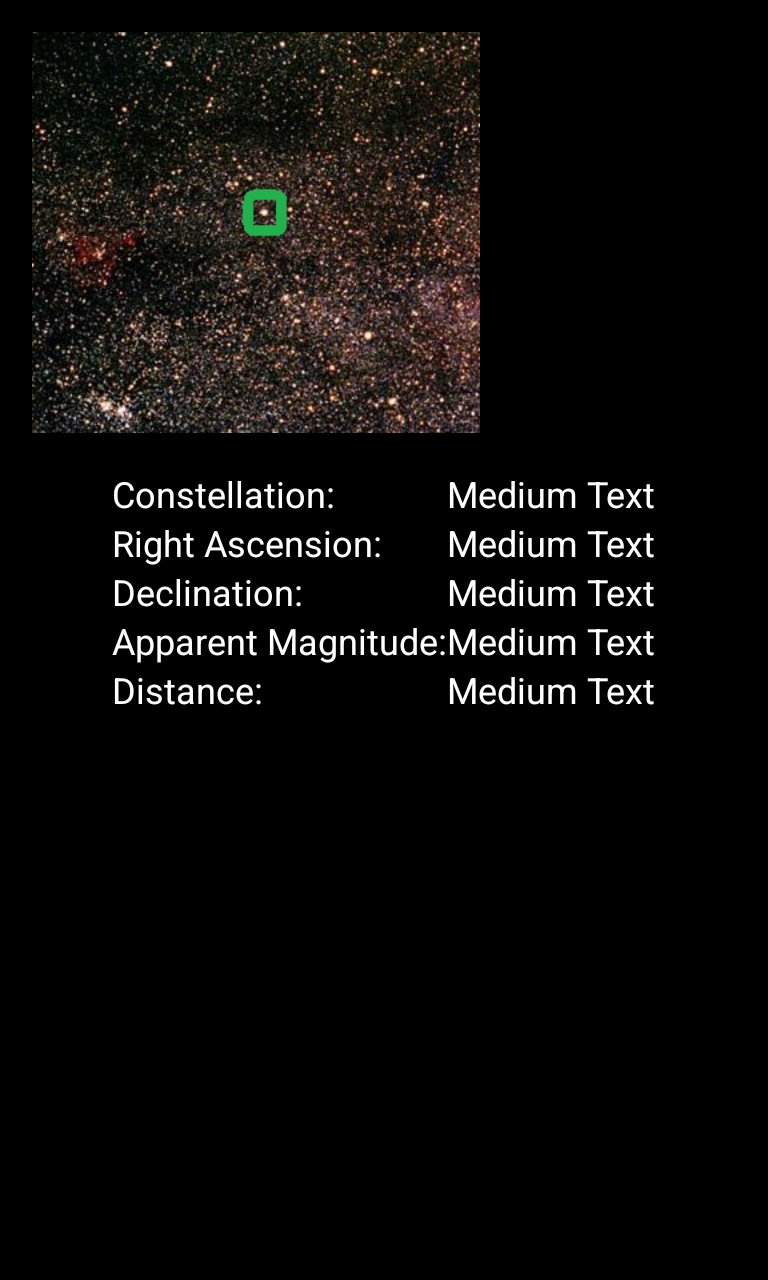
Repository: MoffMade/CSCE315-Android-App
Layout: Constellation Explorer Eclipse Project/Constellation Explorer/res/layout/activity_star_data.xml
An editor plug-in stored every save of this project. The layout is shown before and after the next save, followed by the edit.
It is drawn on a 768 x 1280 px phone screen (xhdpi) without system bars, with theme AppTheme; the app's code is not run.

Above is the layout before, as saved 2013-11-12 03:32:24.

After the next save:
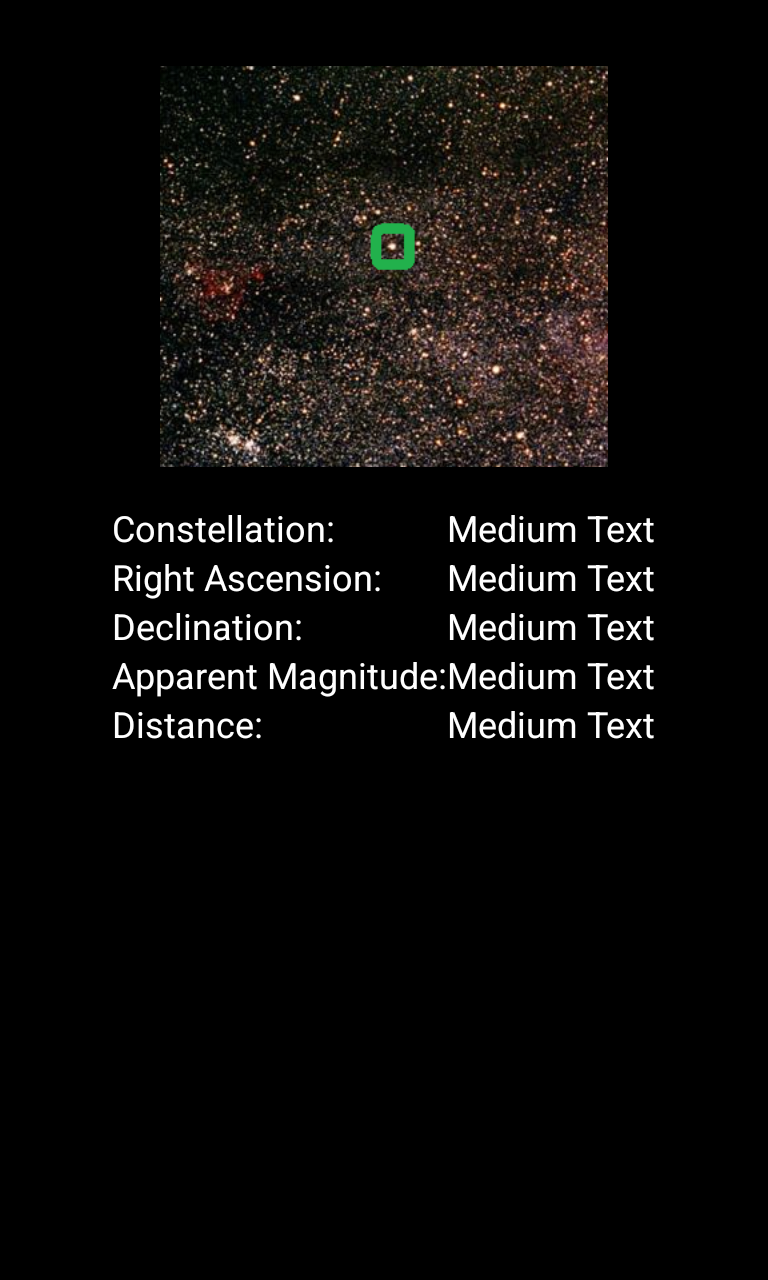
Saved 82 s later.
--- a/Constellation Explorer Eclipse Project/Constellation Explorer/res/layout/activity_star_data.xml
+++ b/Constellation Explorer Eclipse Project/Constellation Explorer/res/layout/activity_star_data.xml
@@ -8,12 +8,6 @@
     android:paddingRight="@dimen/activity_horizontal_margin"
     android:paddingTop="@dimen/activity_vertical_margin"
     tools:context=".StarDataActivity" >
-
-    <ImageView
-        android:id="@+id/imageView1"
-        android:layout_width="wrap_content"
-        android:layout_height="wrap_content"
-        android:src="@drawable/segin_star" />
 
     <TableLayout
         android:id="@+id/TableLayout1"
@@ -139,4 +133,13 @@
         </TableRow>
     </TableLayout>
 
+    <ImageView
+        android:id="@+id/imageView1"
+        android:layout_width="wrap_content"
+        android:layout_height="wrap_content"
+        android:layout_alignParentTop="true"
+        android:layout_centerHorizontal="true"
+        android:layout_marginTop="17dp"
+        android:src="@drawable/segin_star" />
+
 </RelativeLayout>
